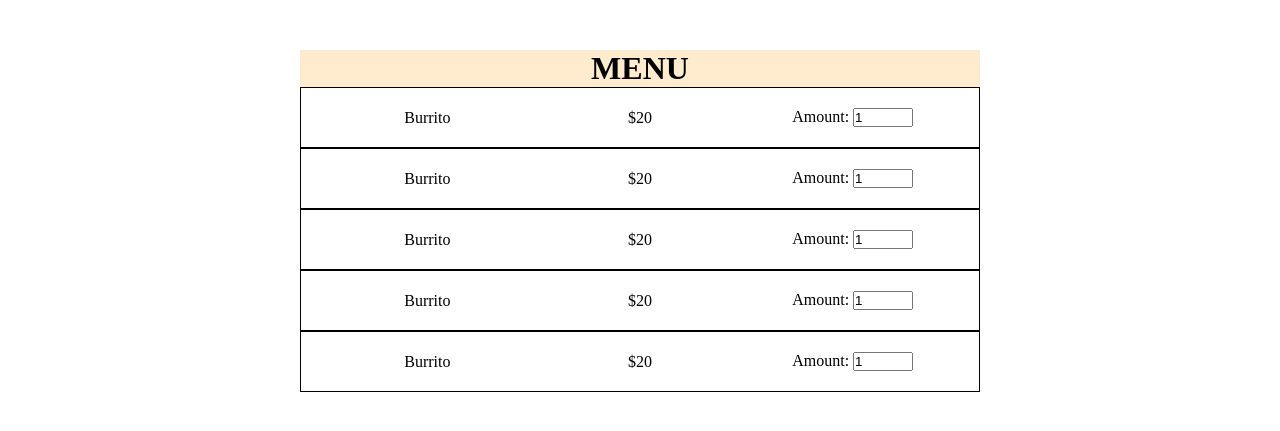
Repository: LamQuocPhu/JungTalent
Page: http://localhost/
These files come from the project's save history. The page is drawn as it stood at one moment and after a run of saves; the edit follows.
The browser window is 1280 px wide. The pictures show the whole page.
The page is served by the project's Node server (index.js).

Above is the page before, as saved 2023-10-25 23:07:43.

After the next 2 saves:
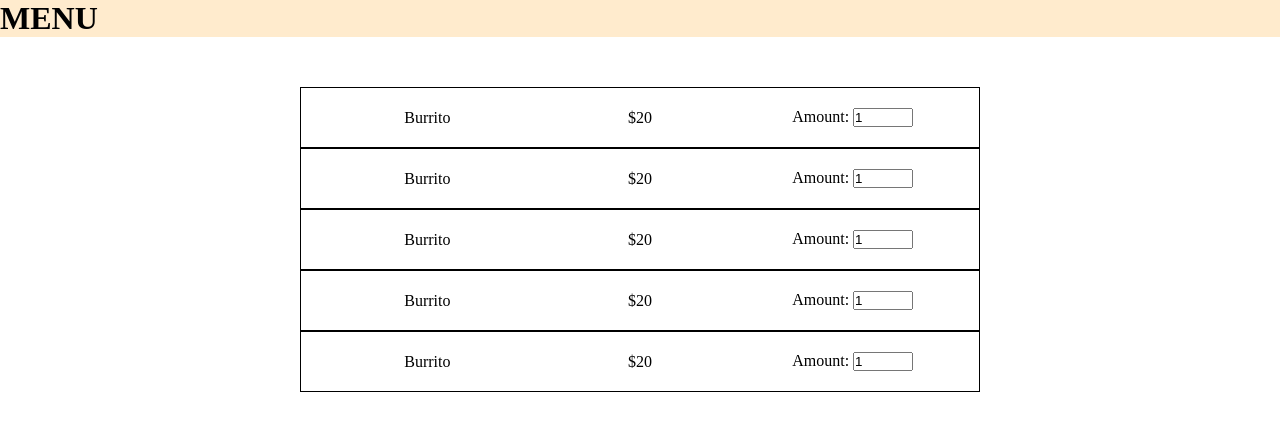
The 2 saves are shown as one change because they came seconds apart.
The last was saved 6 s later.
--- a/public/css/style.css
+++ b/public/css/style.css
@@ -5,15 +5,15 @@
 }
 
 .wrapper {
-  margin-block: 50px;
-  width: 100%;
-  height: auto;
-  text-align: center;
-  padding-inline: 300px;
 }
 
 .cart-container {
 
+    margin-block: 50px;
+    width: 100%;
+    height: auto;
+    text-align: center;
+    padding-inline: 300px;
 }
 
 .header{
